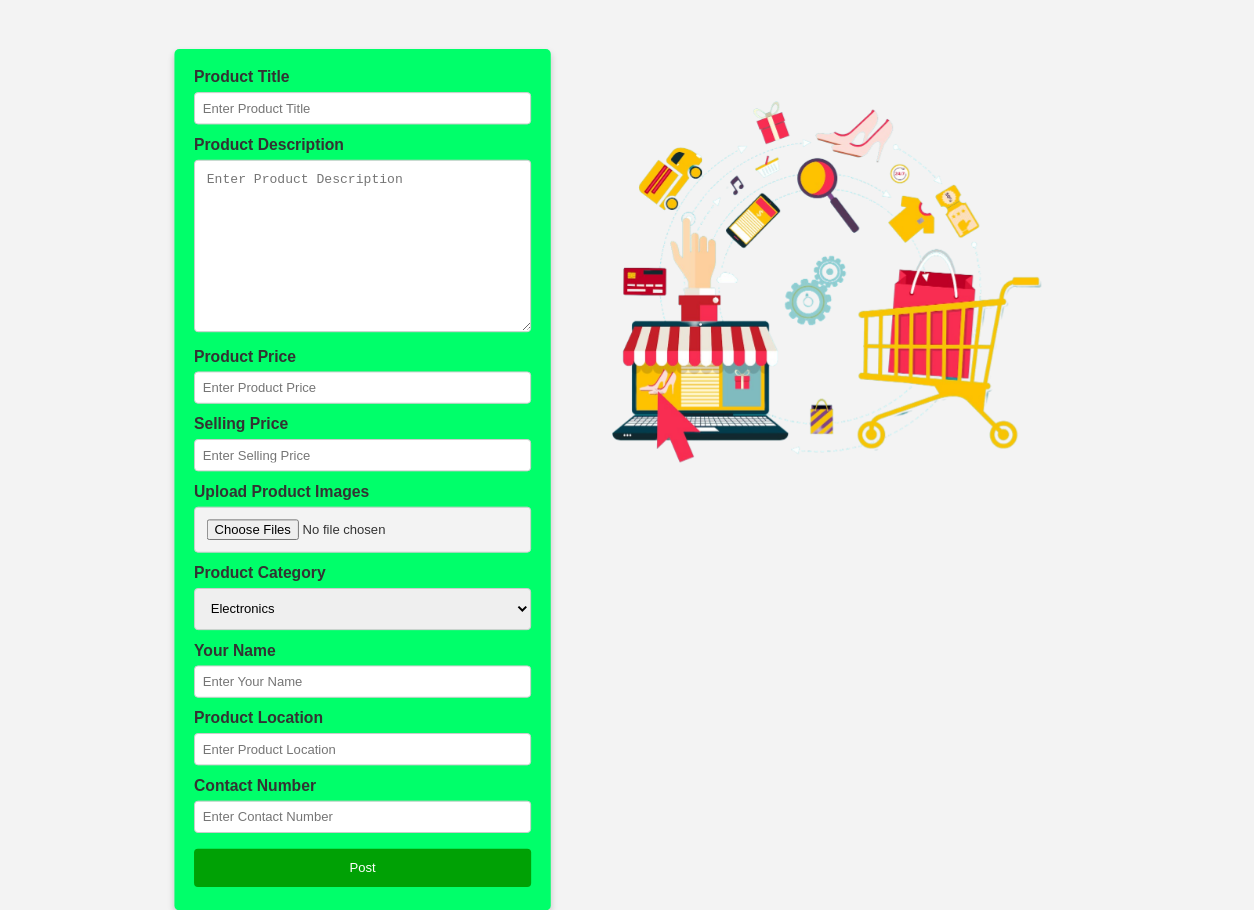
Repository: John-Prabu-A/web-dev-summer-school
Page: Session_1_Assignment/sell.html
An editor plug-in stored every save of this project. The page is shown before and after the next save, followed by the edit.
The browser window is 1280 px wide. The pictures show the whole page, at 98% of full size.

Above is the page before, as saved 2024-06-20 15:27:38.

### Session_1_Assignment/sell.html
<!DOCTYPE html>
<html lang="en">
<head>
    <meta charset="UTF-8">
    <meta name="viewport" content="width=device-width, initial-scale=1.0">
    <title>InstiOLX</title>
    <link rel="stylesheet" href="Styles.css">
    <link rel="stylesheet" href="https://cdnjs.cloudflare.com/ajax/libs/font-awesome/4.7.0/css/font-awesome.min.css">

    <style>

        body {
            font-family: Arial, Helvetica, sans-serif;
            background-color: #f3f3f3;
        }

        img {
            position:fixed;
            right: 10dvw;
            top: 10dvh;
            width: 50dvw;
            height: auto;
        }

        .container {
            padding: 16px;
            background-color: white;
            position: absolute;
            left: 10dvw;
            margin: 50px;
            width: 30%;
            border-radius: 10px;
            box-shadow: 0 4px 8px 0 rgba(0, 0, 0, 0.2);
        }

        input[type=text], select, textarea {
            width: 100%;
            padding: 8px;
            border: 1px solid #ccc;
            border-radius: 4px;
            box-sizing: border-box;
            margin-top: 6px;
            margin-bottom: 12px;
            resize: vertical;
        }

        button {
            background-color: #00a105;
            color: white;
            padding: 12px 20px;
            margin: 4px 0;
            border: none;
            border-radius: 4px;
            cursor: pointer;
            width: 100%;
        }

        button:hover {
            background-color: #007506;
        }

        .container {
            border-radius: 5px;
            background-color: #00ff6a;
            padding: 20px;
        }

        .container label {
            font-weight: bold;
        }

        .container select {
            width: 100%;
            padding: 12px;
            border: 1px solid #ccc;
            border-radius: 4px;
            box-sizing: border-box;
            margin-top: 6px;
            margin-bottom: 12px;
            resize: vertical;
        }

        .container textarea {
            width: 100%;
            padding: 12px;
            border: 1px solid #ccc;
            border-radius: 4px;
            box-sizing: border-box;
            margin-top: 6px;
            margin-bottom: 12px;
            resize: vertical;
        }

        .container input[type=file] {
            width: 100%;
            padding: 12px;
            border: 1px solid #ccc;
            background-color: #f3f3f3;
            border-radius: 4px;
            box-sizing: border-box;
            margin-top: 6px;
            margin-bottom: 12px;
            resize: vertical;
        }

    </style>
</head>
<body>
    <form action="" method="post">
        <img src="/Session_1_Assignment/sell-page-bg.png" alt="sell-page-image">
        <div class="container">
            <label for="product-title"><b>Product Title</b></label>
            <input type="text" placeholder="Enter Product Title" name="product-title" required>

            <Lable for="product-description"><b>Product Description</b></Lable>
            <textarea name="product-description" id="product-description" cols="30" rows="10" placeholder="Enter Product Description" required></textarea>

            <label for="product-price"><b>Product Price</b></label>
            <input type="text" placeholder="Enter Product Price" name="product-price" required>

            <label for="selling-price"><b>Selling Price</b></label>
            <input type="text" placeholder="Enter Selling Price" name="selling-price" required>

            <!-- multiple photo upload -->
            <label for="product-image"><b>Upload Product Images</b></label>
            <input type="file" name="product-image" id="product-image" multiple required>

            <label for="product-category"><b>Product Category</b></label>
            <select name="product-category" id="product-category" required>
                <option value="electronics">Electronics</option>
                <option value="furniture">Furniture</option>
                <option value="vehicles">Vehicles</option>
                <option value="clothing">Clothing</option>
                <option value="books">Books</option>
                <option value="miscellaneous">Miscellaneous</option>
                <option value="other">Other</option>
            </select>

            <label for="seller-name"><b>Your Name</b></label>
            <input type="text" placeholder="Enter Your Name" name="seller-name" required>

            <label for="product-location"><b>Product Location</b></label>
            <input type="text" placeholder="Enter Product Location" name="product-location" required>

            <label for="product-contact"><b>Contact Number</b></label>
            <input type="text" placeholder="Enter Contact Number" name="product-contact" required>

            <button type="submit">Post</button>
        </div>
    </form>
</body>
</html>

### Session_1_Assignment/Styles.css
* {
    box-sizing: border-box;
    margin: 0;
    padding: 0;
}

body {
    font-family: 'Gill Sans', 'Gill Sans MT', Calibri, 'Trebuchet MS', sans-serif;
    background-color: white;
    color: #333;
}

header{
    background-color: #4CAF50;
    color: white;
    padding: 20px;
    display: flex;
    justify-content: space-between;
    align-items: center;
    position: fixed;
    width: 100%;
    z-index: 100;
  }
  header #logo {
    font-size: 2em;
  }

  header .navbar a{
    color: white;
    font-weight: bold;
    font-size: 18px;
    padding: 12px 15px;
    text-decoration: none;
  }
  header .navbar a:hover{
    background-color: #45a049;
  }
.banner {
    position: relative;
    padding: 60px 0 0 0;
}

.banner img {
    width: 100%;
}

.search-bar {
    margin: 20px;
    display: flex;
    justify-content: center;
}

.search-bar input[type="text"] {
    width: 300px;
    padding: 10px;
    border: 2px solid #4CAF50;
    border-radius: 5px 0 0 5px;
    border-right: 0;
    outline: none;             /*On starting to type it creates balck border by default,so to avoid it v use this*/
}

.search-bar button {
    padding: 10px 20px;
    border: 2px solid #4CAF50;
    border-left: 0;
    background-color: #4CAF50;
    color: white;
    cursor: pointer;
    border-radius: 0 5px 5px 0;
}

.search-bar button:hover {
    background-color: #45a049;
}

.slideshow-container {
    display: flex;
    justify-content: center;
    gap: 50px;
    flex-wrap: wrap;
}

.slideshow {
    position: relative;
    width: 350px;
    height: 350px;
    overflow: hidden;
    border-radius: 20px;
    border: 2px solid #ddd;
    box-shadow: 0 0 10px rgba(0, 0, 0, 0.1);
}

.slideshow-image {
    position: absolute;
    width: 100%;
    height: 100%;
    background-size: cover;
    opacity: 0;
    animation-iteration-count: infinite;
}

.image1 { background-image: url('https://encrypted-tbn0.gstatic.com/images?q=tbn:ANd9GcQVwGVsuaL7RGKo6A_Sqq83s5_6XYFMhHsjug&s');
          animation-name: fade1;
          animation-duration: 4s; }
.image2 { background-image: url('https://5.imimg.com/data5/WS/NI/FV/SELLER-11710265/mad-maxx-bicycles-avengers-single-kids-cycle-500x500.jpg');
          animation-name: fade2;
          animation-duration: 4s; }
.image3 { background-image: url('https://5.imimg.com/data5/SELLER/Default/2022/7/YX/MH/UK/153492086/pulsar-150cc-twin-disk-500x500.png');
          animation-name: fade3;
          animation-duration: 4s; }
.image4 { background-image: url('https://cpimg.tistatic.com/07673503/b/4/Toyota-Innova-Crysta.jpg');
          animation-name: fade1;
          animation-duration: 4s; }
.image5 { background-image: url('https://tiimg.tistatic.com/fp/1/007/862/most-advanced-modern-premium-lg-7-kg-front-fully-automatic-washing-machine-255.jpg');
          animation-name: fade2;
          animation-duration: 4s; }
.image6 { background-image: url('https://5.imimg.com/data5/SELLER/Default/2022/3/MI/KE/UL/19250422/whirlpool-1-0-ton-3-star-inverter-split-ac-500x500.jpg');
          animation-name: fade3;
          animation-duration: 4s; }
.image7 { background-image: url('https://5.imimg.com/data5/SELLER/Default/2021/8/HZ/XR/AC/8962391/household-vacuum-cleaner-500x500.jpg');
          animation-name: fade1;
          animation-duration: 4s; }
.image8 { background-image: url('https://static.nbastore.in/resized/500X500/50/nba-authentic-series-indoor-outdoor-basketball-size-7-brown-65146fd7e6af2.jpg');
          animation-name: fade2;
          animation-duration: 4s; }
.image9 { background-image: url('https://m.media-amazon.com/images/I/61KOc8c4xQL._SL1200_.jpg');
          animation-name: fade3;
          animation-duration: 4s; }

@keyframes fade1 {
    0%, 33.33% { opacity: 1; }
    33.34%, 100% { opacity: 0; }
}
@keyframes fade2 {
    0%, 33.33% { opacity: 0; }
    33.34%, 66.66% { opacity: 1; }
    66.67%, 100% { opacity: 0; }
}
@keyframes fade3 {
    0%, 66.66% { opacity: 0; }
    66.67%, 100% { opacity: 1; }
}

.container {
    position: relative;
    max-width: 100%;
  }

    .image {
        opacity: 1;
        display: block;
        width: 100%;
        height: auto;
    }

  .middle {
    opacity: 0;
    position: absolute;
    top: 50%;
    left: 50%;
    transform: translate(-50%, -50%);
    text-align: center;
  }
  .text {
    color: #4CAF50;
    font-size: 16px;
    padding: 16px 32px;
    font-weight: bold;
  }
  .container:hover .image {
    opacity: 0.3;
  }

  .container:hover .middle {
    opacity: 1;
  }


.product-listings {
    display: flex;
    flex-wrap: wrap;
    justify-content: center;
    margin: 20px;
    border: 5px solid #4CAF50;
    border-radius: 15px;
    padding: 25px;
}

.product {
    background-color: white;
    border: 2px solid #e0e0e0;
    border-radius: 10px;
    margin: 30px;
    padding: 15px;
    width: 220px;
    text-align: center;
    transition: transform 0.5s, box-shadow 0.3s;
}

.product:hover {
    box-shadow: 0 4px 8px rgba(0, 0, 0, 0.2);
    transform: scale(1.05);
}

.product img {
    max-width: 100%;
    border-bottom: 1px solid #e0e0e0;
    margin-bottom: 10px;
}

.product-info h2 {
    font-size: 1.2em;
    margin-bottom: 10px;
    color: #4CAF50;
}

.product-info p {
    font-size: 1em;
    color: #777;
}

.footer {
    background-color: #4CAF50;
    color: white;
    text-align: center;
    padding: 20px 0;
    margin-top: 40px;
}

.footer-container {
    display: flex;
    flex-wrap: wrap;
    justify-content: center;
}

.footer-column {
    width: 30%;
    margin: 10px;
}

.footer-column h3 {
    border-bottom: 2px solid #fff;
    padding-bottom: 10px;
    margin-bottom: 15px;
}

.footer-column ul {
    list-style-type: none;
}

.footer-column ul li {
    margin: 10px ;
}

.footer-column ul li a {
    color: white;
    text-decoration: none;
}

.footer-column p {
    margin-top: 10px;
}

.footer-column .social-icons {
    margin-top: 10px;
}

.footer-column .social-icons a {
    color: white;
    text-decoration: none;
    margin: 0 10px;
    font-size: 20px;
}

After the next save:
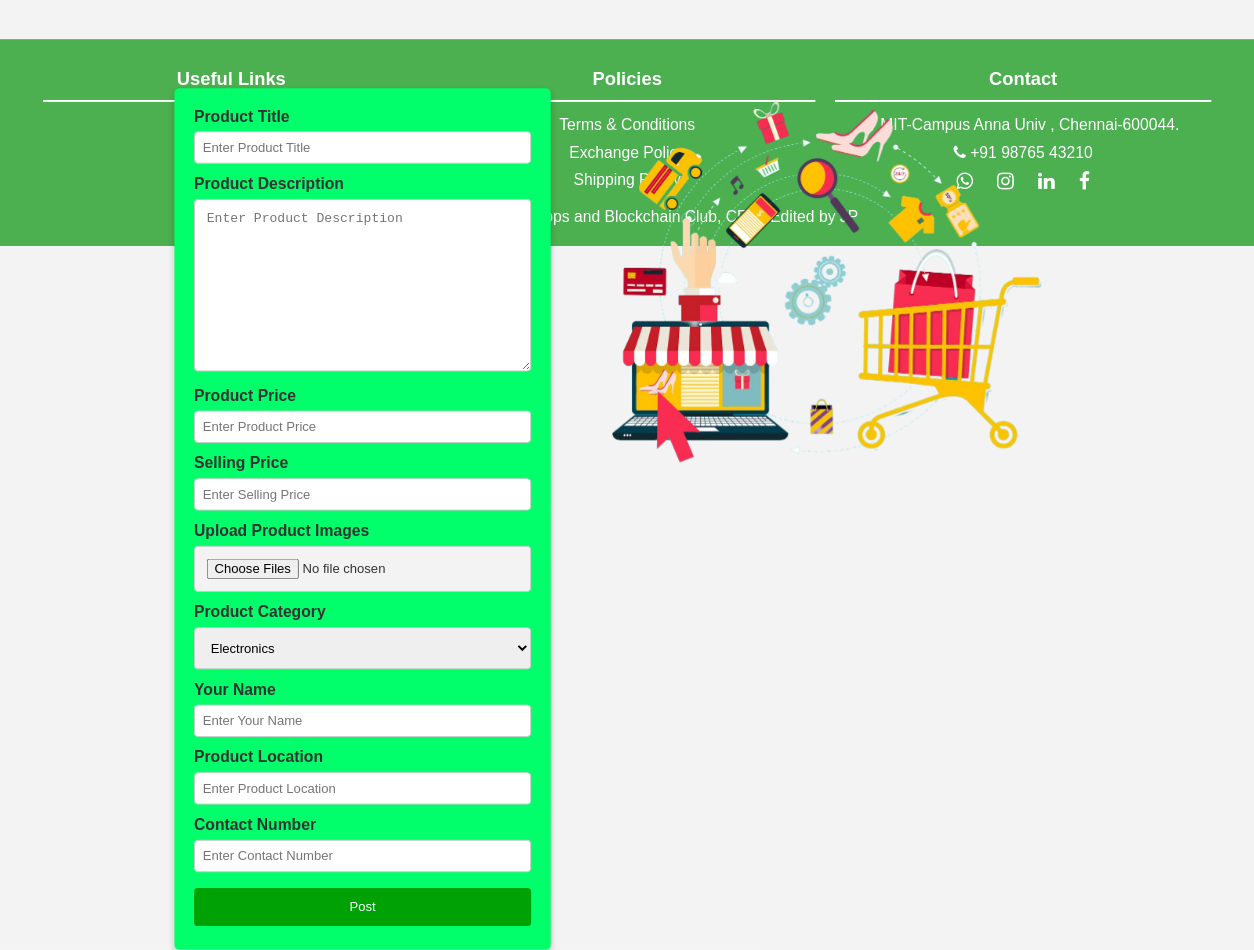
Saved 115 s later.
--- a/Session_1_Assignment/sell.html
+++ b/Session_1_Assignment/sell.html
@@ -106,9 +106,8 @@
     </style>
 </head>
 <body>
-    <form action="" method="post">
+    <form action="" class="container" method="post">
         <img src="/Session_1_Assignment/sell-page-bg.png" alt="sell-page-image">
-        <div class="container">
             <label for="product-title"><b>Product Title</b></label>
             <input type="text" placeholder="Enter Product Title" name="product-title" required>
 
@@ -148,5 +147,37 @@
             <button type="submit">Post</button>
         </div>
     </form>
+    <footer class="footer">
+        <div class="footer-container">
+            <div class="footer-column">
+                <h3>Useful Links</h3>
+                <ul>
+                    <li><a href="#">FAQs</a></li>
+                    <li><a href="#">About Us</a></li>
+                    <li><a href="#">Contact Us</a></li>
+                </ul>
+            </div>
+            <div class="footer-column">
+                <h3>Policies</h3>
+                <ul>
+                    <li><a href="#">Terms & Conditions</a></li>
+                    <li><a href="#">Exchange Policy</a></li>
+                    <li><a href="#">Shipping Policy</a></li>
+                </ul>
+            </div>
+            <div class="footer-column">
+                <h3>Contact</h3>
+                <p><i class="fa fa-map-marker"></i> MIT-Campus Anna Univ , Chennai-600044.</p>
+                <p><i class="fa fa-phone"></i> +91 98765 43210</p>
+                <div class="social-icons">
+                    <a href="#" class="fa fa-whatsapp"></a>
+                    <a href="#" class="fa fa-instagram"></a>
+                    <a href="#" class="fa fa-linkedin"></a>
+                    <a href="#" class="fa fa-facebook"></a>
+                </div>
+            </div>
+            © Developed by Webops and Blockchain Club, CFI & Edited by JP
+        </div>
+    </footer>
 </body>
 </html>
